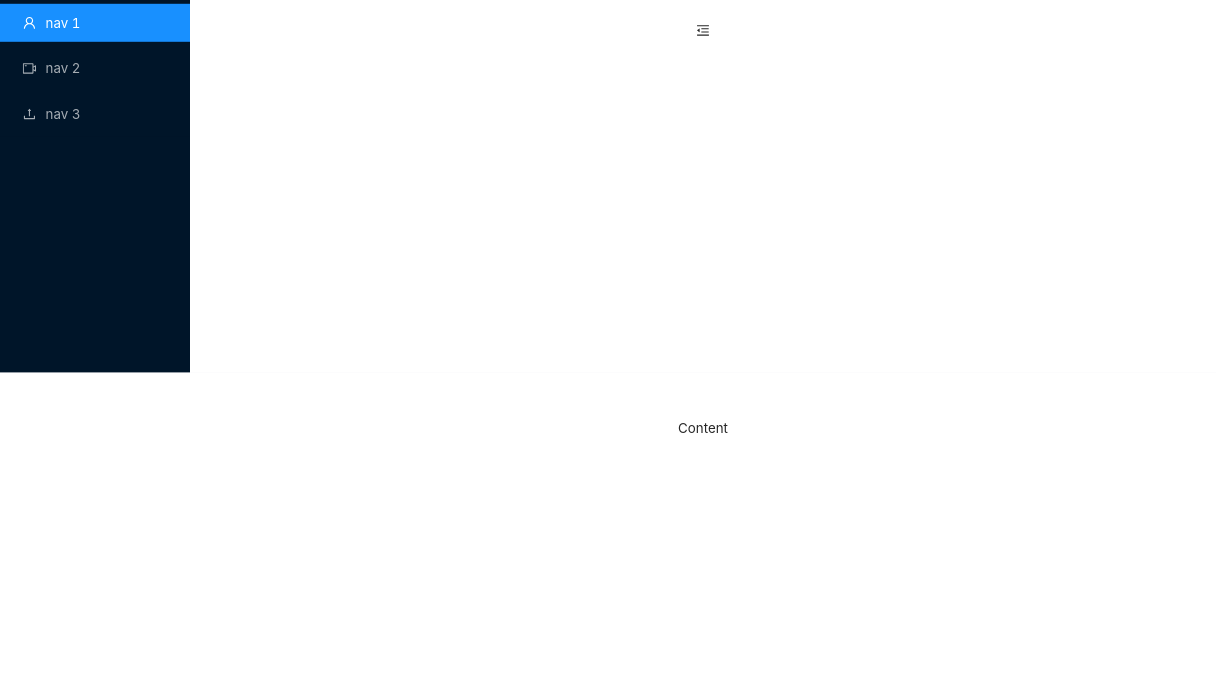
Repository: DallenCat/react-test
Page: /
An editor plug-in stored every save of this project. The page is shown before and after the next save, followed by the edit.
The browser window is 1280 px wide. The pictures show the whole page, at 95% of full size.
The project was rebuilt for these pictures with package versions that can differ from the ones it lists, and the page was loaded fresh each time.

Above is the page before, as saved 2021-10-27 10:43:53.

After the next save:
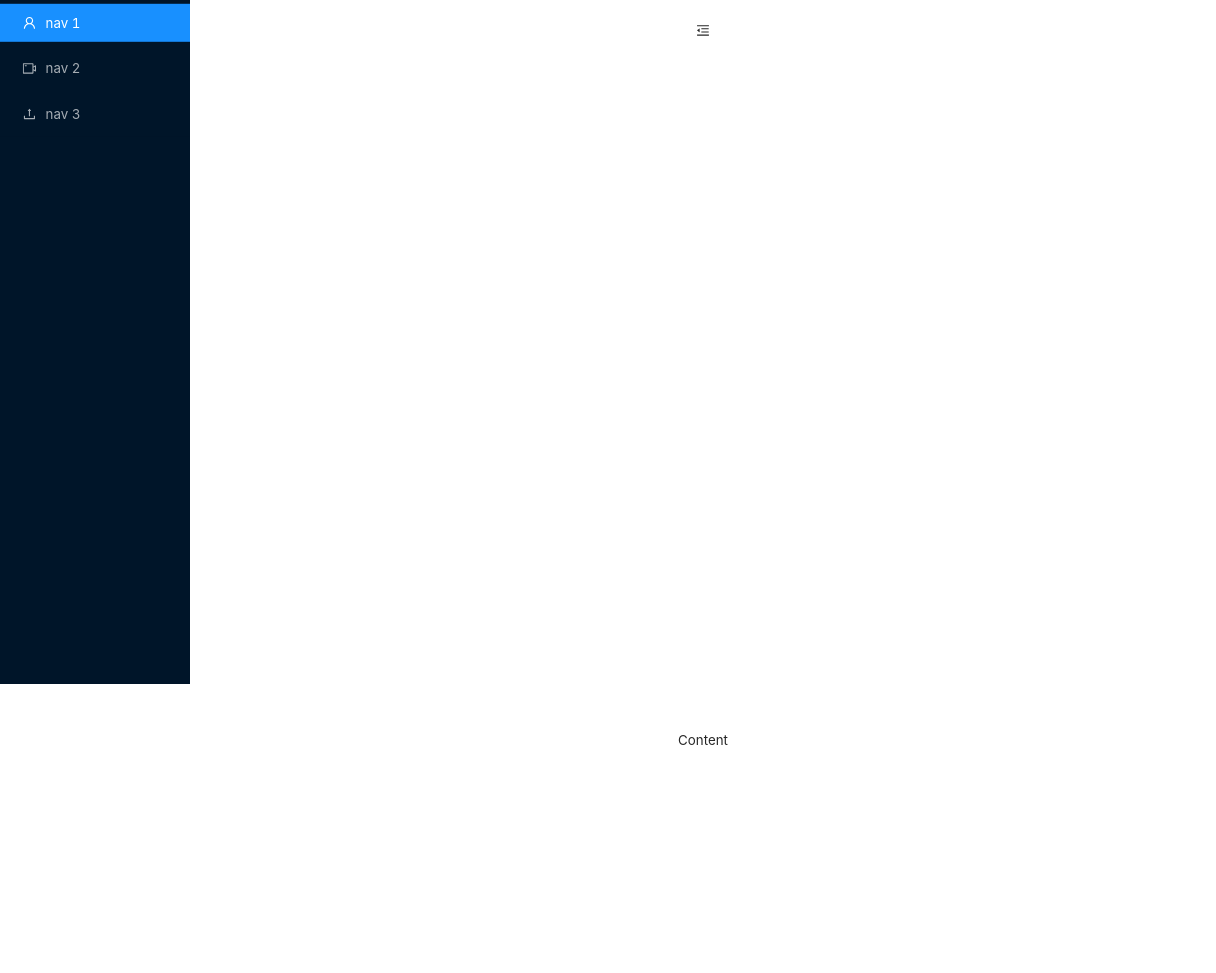
Saved 7 min 7 s later.
--- a/src/components/layout/index.css
+++ b/src/components/layout/index.css
@@ -1,3 +1,7 @@
+.ant-layout {
+  height: 100vh;
+}
+
 #components-layout-demo-custom-trigger .trigger {
   padding: 0 24px;
   font-size: 18px;
